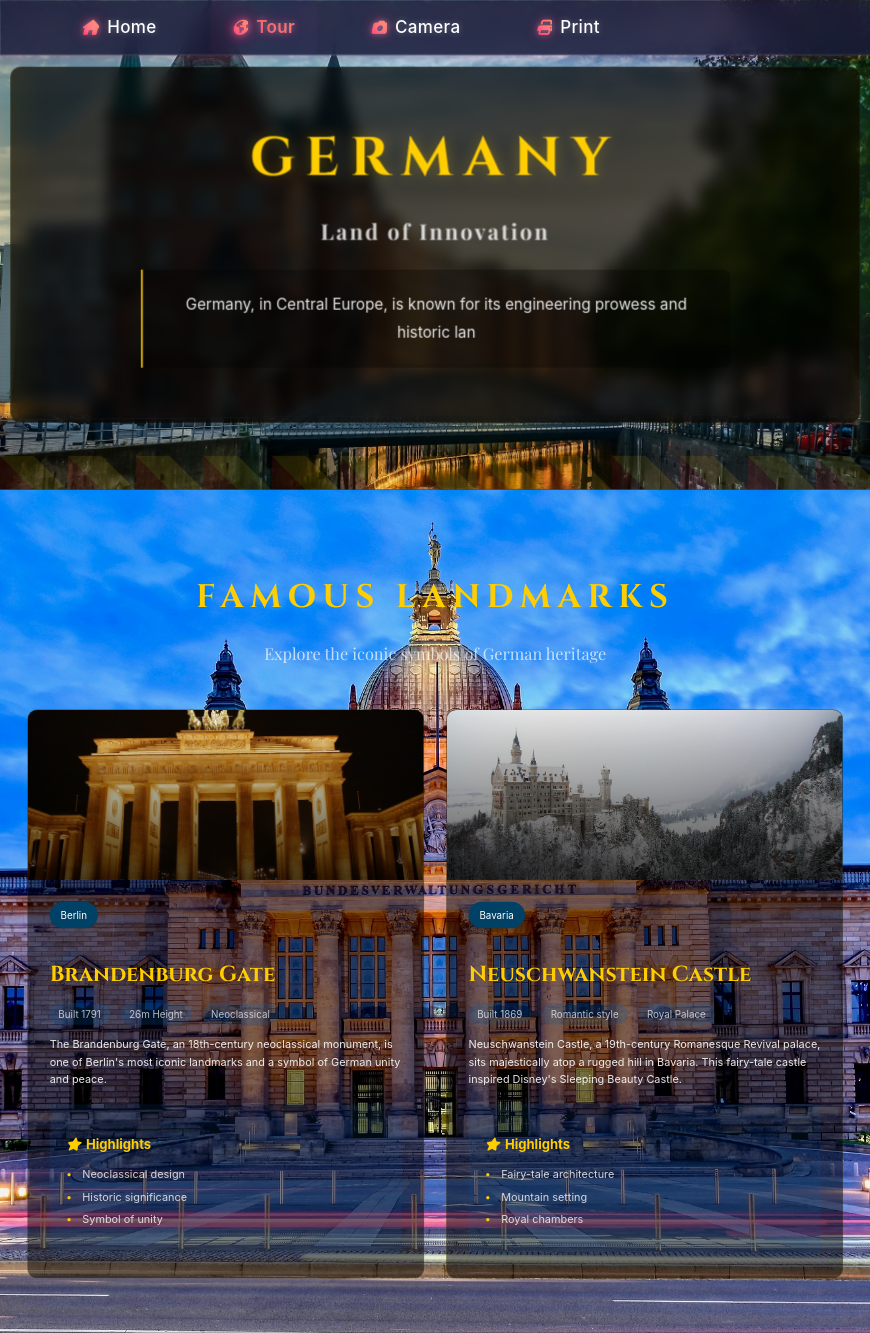
Repository: huang-heavenly-Emperor/NewYork
Page: Germany.html
The author's editor kept a copy of each file at every save. The page is drawn from the files as they stood at one save, then again after the next save.
The browser window is 1280 px wide. The pictures show the whole page, at 68% of full size.
Backgrounds fixed to the window are drawn as part of the page.

Above is the page before, as saved 2025-02-19 17:01:31.

### Germany.html
<!DOCTYPE html>
<html lang="en">

<head>
  <meta charset="UTF-8">
  <meta name="viewport" content="width=device-width, initial-scale=1.0">
  <title>Germany - Tour</title>
  <link rel="stylesheet" href="css/style.css">
  <link rel="stylesheet" href="css/germany.css">
  <link rel="stylesheet" href="css/animations.css">
  <link rel="stylesheet" href="lib/font-awesome.css">
  <link rel="preconnect" href="https://fonts.googleapis.com">
  <link rel="preconnect" href="https://fonts.gstatic.com" crossorigin>
  <link href="https://fonts.googleapis.com/css2?family=Cinzel:wght@400;700&family=Playfair+Display:wght@400;700&display=swap" rel="stylesheet">
</head>

<body>
  <!-- 主要内容区 -->
  <main class="main-content">
    <!-- 英雄横幅 -->
    <div class="hero-banner">
      <div class="overlay"></div>
      <div class="german-pattern top"></div>
      <div class="german-pattern bottom"></div>

      <!-- 导航栏 -->
      <nav class="main-nav">
        <ul class="nav-links">
          <li>
            <a href="index.html">
              <i class="fas fa-home"></i>
              Home
            </a>
          </li>
          <li class="dropdown">
            <a href="tour.html" class="active">
              <i class="fas fa-globe-americas"></i>
              Tour
            </a>
            <ul class="dropdown-menu">
              <li class="nested-dropdown">
                <a href="#">
                  Asia
                </a>
                <ul class="nested-dropdown-menu">
                  <li class="nested-dropdown">
                    <a href="china.html">
                      China
                    </a>
                    <ul class="nested-dropdown-menu">
                      <li>
                        <a href="great-wall.html">
                          <span>Great Wall</span>
                        </a>
                      </li>
                      <li>
                        <a href="forbidden-city.html">
                          <span>Forbidden City</span>
                        </a>
                      </li>
                      <li>
                        <a href="yellow-mountain.html">
                          <span>Yellow Mountain</span>
                        </a>
                      </li>
                    </ul>
                  </li>
                  <li class="nested-dropdown">
                    <a href="japan.html">
                      Japan
                    </a>
                    <ul class="nested-dropdown-menu">
                      <li>
                        <a href="mount-fuji.html">
                          <span>Mount Fuji</span>
                        </a>
                      </li>
                      <li>
                        <a href="kyoto.html">
                          <span>Kyoto Temples</span>
                        </a>
                      </li>
                      <li>
                        <a href="tokyo.html">
                          <span>Tokyo Tower</span>
                        </a>
                      </li>
                    </ul>
                  </li>
                </ul>
              </li>
              <li class="nested-dropdown">
                <a href="#">
                  Africa
                </a>
                <ul class="nested-dropdown-menu">
                  <li class="nested-dropdown">
                    <a href="egypt.html">
                      Egypt
                    </a>
                    <ul class="nested-dropdown-menu">
                      <li>
                        <a href="pyramids.html">
                          <span>Pyramids</span>
                        </a>
                      </li>
                      <li>
                        <a href="sphinx.html">
                          <span>Sphinx</span>
                        </a>
                      </li>
                      <li>
                        <a href="nile.html">
                          <span>Nile River</span>
                        </a>
                      </li>
                    </ul>
                  </li>
                </ul>
              </li>
              <li class="nested-dropdown">
                <a href="#" class="active">
                  Europe
                </a>
                <ul class="nested-dropdown-menu">
                  <li class="nested-dropdown">
                    <a href="france.html">
                      France
                    </a>
                    <ul class="nested-dropdown-menu">
                      <li>
                        <a href="eiffel.html">
                          <span>Eiffel Tower</span>
                        </a>
                      </li>
                      <li>
                        <a href="louvre.html">
                          <span>Louvre Museum</span>
                        </a>
                      </li>
                    </ul>
                  </li>
                  <li class="nested-dropdown">
                    <a href="italy.html">
                      Italy
                    </a>
                    <ul class="nested-dropdown-menu">
                      <li>
                        <a href="colosseum.html">
                          <span>Colosseum</span>
                        </a>
                      </li>
                      <li>
                        <a href="vatican.html">
                          <span>Vatican City</span>
                        </a>
                      </li>
                    </ul>
                  </li>
                  <li class="nested-dropdown">
                    <a href="uk.html">
                      United Kingdom
                    </a>
                    <ul class="nested-dropdown-menu">
                      <li>
                        <a href="big-ben.html">
                          <span>Big Ben</span>
                        </a>
                      </li>
                      <li>
                        <a href="tower-bridge.html">
                          <span>Tower Bridge</span>
                        </a>
                      </li>
                    </ul>
                  </li>
                  <li class="nested-dropdown">
                    <a href="germany.html" class="active">
                      Germany
                    </a>
                    <ul class="nested-dropdown-menu">
                      <li>
                        <a href="brandenburg.html">
                          <span>Brandenburg Gate</span>
                        </a>
                      </li>
                      <li>
                        <a href="neuschwanstein.html">
                          <span>Neuschwanstein</span>
                        </a>
                      </li>
                    </ul>
                  </li>
                </ul>
              </li>
              <li class="nested-dropdown">
                <a href="tour.html">
                  America
                </a>
                <ul class="nested-dropdown-menu">
                  <li class="usa-dropdown">
                    <a href="tour.html">
                      The USA
                    </a>
                    <ul class="usa-dropdown-menu">
                      <li>
                        <a href="wall-street.html">
                          <span>Wall Street</span>
                        </a>
                      </li>
                      <li>
                        <a href="times-square.html">
                          <span>Times Square</span>
                        </a>
                      </li>
                      <li>
                        <a href="central-park.html">
                          <span>Central Park</span>
                        </a>
                      </li>
                      <li>
                        <a href="broadway.html">
                          <span>Broadway</span>
                        </a>
                      </li>
                    </ul>
                  </li>
                </ul>
              </li>
              <li>
                <a href="others.html">
                  Others
                </a>
              </li>
            </ul>
          </li>
          <li>
            <a href="camera.html">
              <i class="fas fa-camera"></i>
              Camera
            </a>
          </li>
          <li>
            <a href="print.html">
              <i class="fas fa-print"></i>
              Print
            </a>
          </li>
        </ul>
      </nav>

      <!-- 卷轴容器 -->
      <div class="scroll-container">
        <div class="scroll-decoration left"></div>
        <div class="scroll-decoration right"></div>
        <div class="scroll-inner">
          <h1 class="city-title">
            <span class="english-title">Germany</span>
            <span class="subtitle">Land of Innovation</span>
          </h1>
          <div class="intro-quote typewriter-text" data-text="Germany, in Central Europe, is known for its engineering prowess and historic landmarks. Berlin, its capital, features the Brandenburg Gate and remnants of the Berlin Wall. Germany is famous for its beer culture, Oktoberfest, and contributions to classical music with composers like Beethoven. Its diverse regions include the Black Forest and Bavarian Alps.">
          </div>
        </div>
      </div>
    </div>

    <!-- 地标部分 -->
    <section class="continent-section">
      <div class="section-header">
        <h2 class="section-title">Famous Landmarks</h2>
        <p class="section-subtitle">Explore the iconic symbols of German heritage</p>
      </div>

      <!-- 地标卡片网格 -->
      <div class="landmark-grid">
        <!-- 勃兰登堡门卡片 -->
        <a href="brandenburg.html" class="landmark-link">
          <div class="landmark-card">
            <div class="landmark-image">
              <img src="images/brandenburg.jpg" alt="Brandenburg Gate">
              <div class="image-overlay"></div>
            </div>
            <div class="landmark-content">
              <div class="content-inner">
                <span class="location-tag">Berlin</span>
                <h2>Brandenburg Gate</h2>
                <div class="quick-info">
                  <span>Built 1791</span>
                  <span>26m Height</span>
                  <span>Neoclassical</span>
                </div>
                <p class="description">
                  The Brandenburg Gate, an 18th-century neoclassical monument, is one of Berlin's most iconic landmarks and a symbol of German unity and peace.
                </p>
                <div class="highlights">
                  <h3><i class="fas fa-star"></i> Highlights</h3>
                  <ul>
                    <li>Neoclassical design</li>
                    <li>Historic significance</li>
                    <li>Symbol of unity</li>
                  </ul>
                </div>
              </div>
            </div>
          </div>
        </a>

        <!-- 新天鹅堡卡片 -->
        <a href="neuschwanstein.html" class="landmark-link">
          <div class="landmark-card">
            <div class="landmark-image">
              <img src="images/neuschwanstein.jpg" alt="Neuschwanstein Castle">
              <div class="image-overlay"></div>
            </div>
            <div class="landmark-content">
              <div class="content-inner">
                <span class="location-tag">Bavaria</span>
                <h2>Neuschwanstein Castle</h2>
                <div class="quick-info">
                  <span>Built 1869</span>
                  <span>Romantic style</span>
                  <span>Royal Palace</span>
                </div>
                <p class="description">
                  Neuschwanstein Castle, a 19th-century Romanesque Revival palace, sits majestically atop a rugged hill in Bavaria. This fairy-tale castle inspired Disney's Sleeping Beauty Castle.
                </p>
                <div class="highlights">
                  <h3><i class="fas fa-star"></i> Highlights</h3>
                  <ul>
                    <li>Fairy-tale architecture</li>
                    <li>Mountain setting</li>
                    <li>Royal chambers</li>
                  </ul>
                </div>
              </div>
            </div>
          </div>
        </a>
      </div>
    </section>
  </main>

  <script>
    document.addEventListener('DOMContentLoaded', function() {
      const typewriterText = document.querySelector('.typewriter-text');
      const text = typewriterText.getAttribute('data-text');
      typewriterText.textContent = '';

      let charIndex = 0;
      const typingSpeed = 50;

      function typeText() {
        if (charIndex < text.length) {
          typewriterText.textContent += text.charAt(charIndex);
          charIndex++;
          setTimeout(typeText, typingSpeed);
        } else {
          typewriterText.classList.add('typing-complete');
        }
      }

      setTimeout(typeText, 1000);
    });
  </script>
</body>

</html>

### css/germany.css
/* 基础变量 */
:root {
    --german-black: #000000;     /* 德国国旗黑色 */
    --german-red: #DD0000;       /* 德国国旗红色 */
    --german-gold: #FFCE00;      /* 德国国旗金色 */
    --prussian-blue: #004165;    /* 普鲁士蓝 */
    --bavarian-blue: #0066B3;    /* 巴伐利亚蓝 */
}

body {
    font-family: 'Inter', sans-serif;
    line-height: 1.6;
    color: #ffffff;
    background: var(--german-black);
}

a {
    text-decoration: none;
}

/* 主要内容区 */
.main-content {
    min-height: 100vh;
    background: var(--german-black);
    position: relative;
}

/* 英雄横幅 */
.hero-banner {
    position: relative;
    width: 100%;
    height: 100vh;
    background: url('../images/germany-bg.jpg') center/cover no-repeat;
    display: flex;
    align-items: center;
    justify-content: center;
    overflow: hidden;
}

.overlay {
    position: absolute;
    top: 0;
    left: 0;
    width: 100%;
    height: 100%;

    z-index: 1;
}

/* 德国风格装饰图案 */
.german-pattern {
    position: absolute;
    width: 100%;
    height: 100px;
    background-image: linear-gradient(
        45deg,
        var(--german-black) 25%,
        var(--german-red) 25%,
        var(--german-red) 50%,
        var(--german-gold) 50%,
        var(--german-gold) 75%,
        var(--german-black) 75%
    );
    background-size: 100px 100px;
    opacity: 0.1;
    z-index: 2;
}

.german-pattern.top {
    top: 0;
    transform: translateY(-50%);
}

.german-pattern.bottom {
    bottom: 0;
    transform: translateY(50%);
}

/* 卷轴容器 */
.scroll-container {
    position: relative;
    max-width: 1200px;
    width: 90%;
    padding: 3rem;
    z-index: 3;
    background: rgba(0, 0, 0, 0.7);
    border-radius: 15px;
    box-shadow: 0 0 50px rgba(0, 102, 179, 0.3);
    backdrop-filter: blur(10px);
    border: 1px solid rgba(255, 206, 0, 0.1);
}

.scroll-decoration {
    position: absolute;
    width: 100px;
    height: 100%;
    top: 0;
    background: linear-gradient(
        to right,
        var(--german-gold),
        transparent
    );
    opacity: 0.1;
}

.scroll-decoration.left {
    left: 0;
    transform: translateX(-50%);
}

.scroll-decoration.right {
    right: 0;
    transform: translateX(50%);
    background: linear-gradient(
        to left,
        var(--german-gold),
        transparent
    );
}

.scroll-inner {
    position: relative;
    text-align: center;
}

/* 标题样式 */
.city-title {
    margin-bottom: 2rem;
}

.city-title .english-title {
    display: block;
    font-size: 5rem;
    font-family: 'Cinzel', serif;
    color: var(--german-gold);
    text-transform: uppercase;
    letter-spacing: 0.2em;
    margin-bottom: 1rem;
    text-shadow: 0 0 20px rgba(255, 206, 0, 0.3);
    animation: titleReveal 1.5s ease forwards;
}

.city-title .subtitle {
    display: block;
    font-size: 2rem;
    font-family: 'Playfair Display', serif;
    color: #ffffff;
    letter-spacing: 0.1em;
    opacity: 0.8;
}

/* 引言文字 */
.intro-quote {
    font-size: 1.4rem;
    line-height: 1.8;
    color: rgba(255, 255, 255, 0.9);
    margin: 2rem auto;
    max-width: 800px;
    position: relative;
    padding: 2rem;
    border-left: 3px solid var(--german-gold);
    background: rgba(0, 0, 0, 0.3);
    border-radius: 0 10px 10px 0;
}

/* 地标部分 */
.continent-section {
    padding: 5rem 2rem;
 background: url('../images/germany-bg2.jpg') center/cover no-repeat ;
    position: relative;
}

.section-header {
    text-align: center;
    margin-bottom: 4rem;
}

.section-title {
    font-size: 3rem;
    color: var(--german-gold);
    font-family: 'Cinzel', serif;
    margin-bottom: 1rem;
    text-transform: uppercase;
    letter-spacing: 0.2em;
}

.section-subtitle {
    font-size: 1.5rem;
    color: rgba(255, 255, 255, 0.7);
    font-family: 'Playfair Display', serif;
}

/* 地标卡片网格 */
.landmark-grid {
    display: grid;
    grid-template-columns: repeat(auto-fit, minmax(300px, 1fr));
    gap: 2rem;
    max-width: 1200px;
    margin: 0 auto;
}

.landmark-card {
    background: rgba(0, 0, 0, 0.5);
    border-radius: 15px;
    overflow: hidden;
    transition: all 0.3s ease;
    border: 1px solid rgba(255, 206, 0, 0.1);
}

.landmark-card:hover {
    transform: translateY(-10px);
    box-shadow: 0 10px 30px rgba(0, 102, 179, 0.3);
    border-color: rgba(255, 206, 0, 0.3);
}

.landmark-image {
    position: relative;
    width: 100%;
    height: 250px;
    overflow: hidden;
}

.landmark-image img {
    width: 100%;
    height: 100%;
    object-fit: cover;
    transition: all 0.5s ease;
}

.landmark-card:hover .landmark-image img {
    transform: scale(1.1);
}

.image-overlay {
    position: absolute;
    top: 0;
    left: 0;
    width: 100%;
    height: 100%;
    background: linear-gradient(
        to bottom,
        transparent,
        rgba(0, 0, 0, 0.7)
    );
}

.landmark-content {
    padding: 2rem;
}

.location-tag {
    display: inline-block;
    padding: 0.5rem 1rem;
    background: var(--prussian-blue);
    color: #ffffff;
    border-radius: 20px;
    font-size: 0.9rem;
    margin-bottom: 1rem;
}

.landmark-content h2 {
    font-size: 2rem;
    color: var(--german-gold);
    margin-bottom: 1rem;
    font-family: 'Cinzel', serif;
}

.quick-info {
    display: flex;
    gap: 1rem;
    margin-bottom: 1rem;
    flex-wrap: wrap;
}

.quick-info span {
    font-size: 0.9rem;
    color: rgba(255, 255, 255, 0.7);
    background: rgba(0, 102, 179, 0.2);
    padding: 0.3rem 0.8rem;
    border-radius: 15px;
}

.description {
    font-size: 1rem;
    color: rgba(255, 255, 255, 0.9);
    margin-bottom: 1.5rem;
    line-height: 1.6;
}

.highlights {
    background: rgba(0, 102, 179, 0.1);
    padding: 1.5rem;
    border-radius: 10px;
}

.highlights h3 {
    color: var(--german-gold);
    font-size: 1.2rem;
    margin-bottom: 1rem;
    display: flex;
    align-items: center;
    gap: 0.5rem;
}

.highlights ul {
    list-style: none;
    padding: 0;
}

.highlights li {
    color: rgba(255, 255, 255, 0.8);
    margin-bottom: 0.5rem;
    padding-left: 1.5rem;
    position: relative;
}

.highlights li::before {
    content: '•';
    color: var(--german-gold);
    position: absolute;
    left: 0;
}

/* 动画 */
@keyframes titleReveal {
    0% {
        opacity: 0;
        transform: translateY(-20px);
    }
    100% {
        opacity: 1;
        transform: translateY(0);
    }
}

/* 响应式设计 */
@media (max-width: 1200px) {
    .scroll-container {
        width: 95%;
        padding: 2rem;
    }

    .city-title .english-title {
        font-size: 4rem;
    }

    .intro-quote {
        font-size: 1.2rem;
    }
}

@media (max-width: 768px) {
    .scroll-container {
        padding: 1.5rem;
    }

    .city-title .english-title {
        font-size: 3rem;
    }

    .intro-quote {
        font-size: 1.1rem;
        padding: 1.5rem;
    }

    .section-title {
        font-size: 2.5rem;
    }

    .section-subtitle {
        font-size: 1.2rem;
    }

    .landmark-grid {
        grid-template-columns: 1fr;
    }
}

@media (max-width: 480px) {
    .scroll-container {
        padding: 1rem;
    }

    .city-title .english-title {
        font-size: 2.5rem;
    }

    .intro-quote {
        font-size: 1rem;
        padding: 1rem;
    }

    .section-title {
        font-size: 2rem;
    }

    .section-subtitle {
        font-size: 1.1rem;
    }

    .landmark-content {
        padding: 1.5rem;
    }

    .landmark-content h2 {
        font-size: 1.8rem;
    }
}

### lib/font-awesome.css
@font-face {
    font-family: 'Font Awesome 6 Free';
    font-style: normal;
    font-weight: 900;
    src: url('webfonts/fa-solid-900.woff2') format('woff2');
}

.fas {
    font-family: 'Font Awesome 6 Free';
    font-weight: 900;
}

.fa-home:before {
    content: "\f015";
}

.fa-globe-americas:before {
    content: "\f57d";
}

.fa-torii-gate:before {
    content: "\f6a1";
}

.fa-sun:before {
    content: "\f185";
}

.fa-landmark:before {
    content: "\f66f";
}

.fa-flag-usa:before {
    content: "\f74d";
}

.fa-star:before {
    content: "\f005";
}

.fa-chart-line:before {
    content: "\f201";
}

.fa-city:before {
    content: "\f64f";
}

.fa-tree:before {
    content: "\f1bb";
}

.fa-theater-masks:before {
    content: "\f630";
}

.fa-ellipsis-h:before {
    content: "\f141";
}

.fa-camera:before {
    content: "\f030";
}

.fa-print:before {
    content: "\f02f";
}

.fa-arrow-left:before {
    content: "\f060";
}

Loaded but not shown: css/style.css (502 lines, source omitted); css/animations.css (299 lines, source omitted)

After the next save:
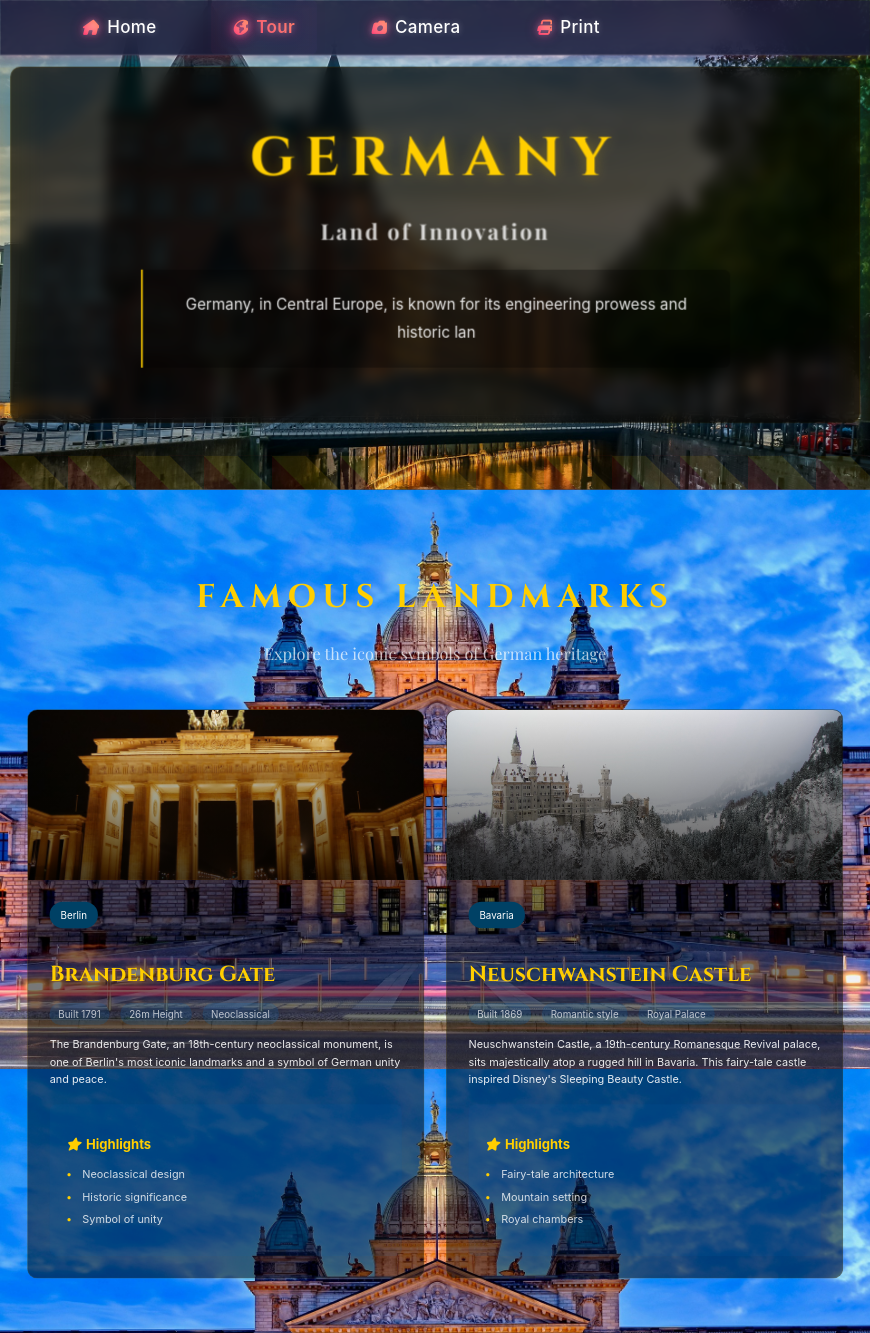
Saved 21 s later.
--- a/css/germany.css
+++ b/css/germany.css
@@ -166,7 +166,7 @@ a {
 /* 地标部分 */
 .continent-section {
     padding: 5rem 2rem;
- background: url('../images/germany-bg2.jpg') center/cover no-repeat ;
+ background: url('../images/germany-bg2.jpg') center/cover no-repeat fixed;
     position: relative;
 }
 
